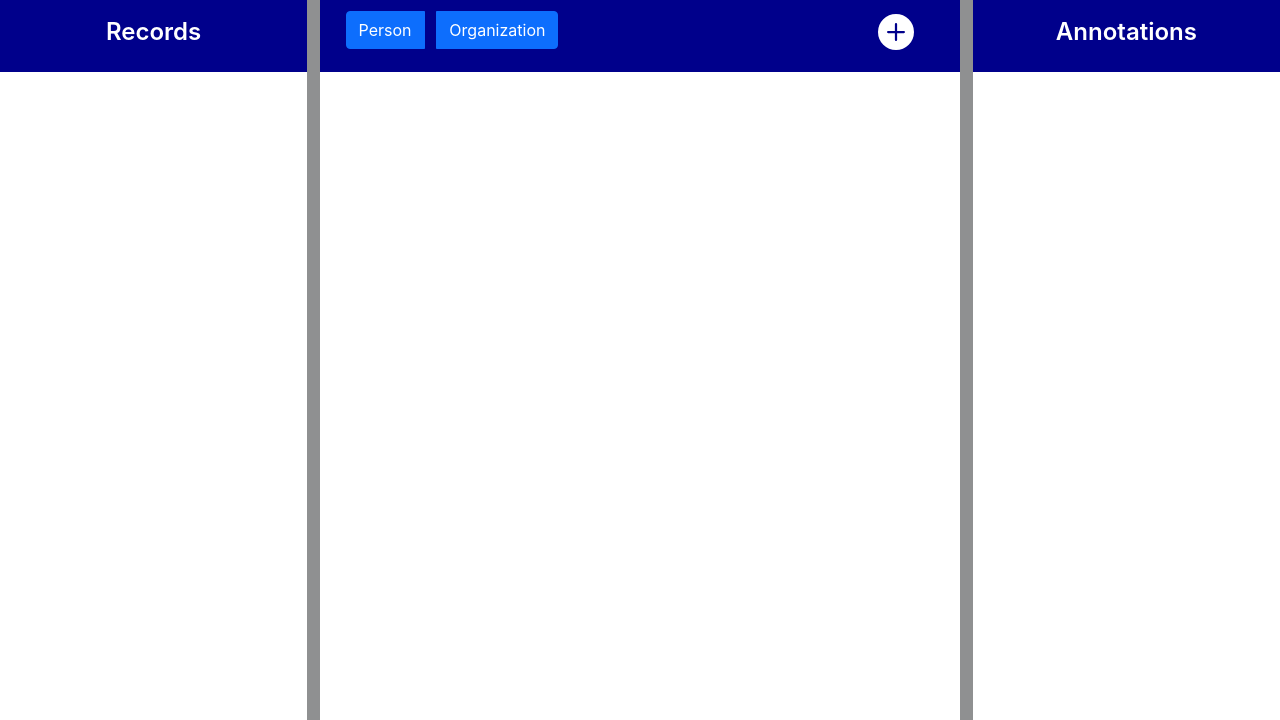
Repository: napan24/classforma_assignment
Page: / (app in client/)
An editor plug-in stored every save of this project. The page is shown before and after the next save, followed by the edit.
The browser window is 1280 px wide. The pictures show the whole page.
The project was rebuilt for these pictures with package versions that can differ from the ones it lists, and the page was loaded fresh each time. Also part of the build but not shown: client/src/App.css.

Above is the page before, as saved 2022-07-20 14:39:13.

After the next save:
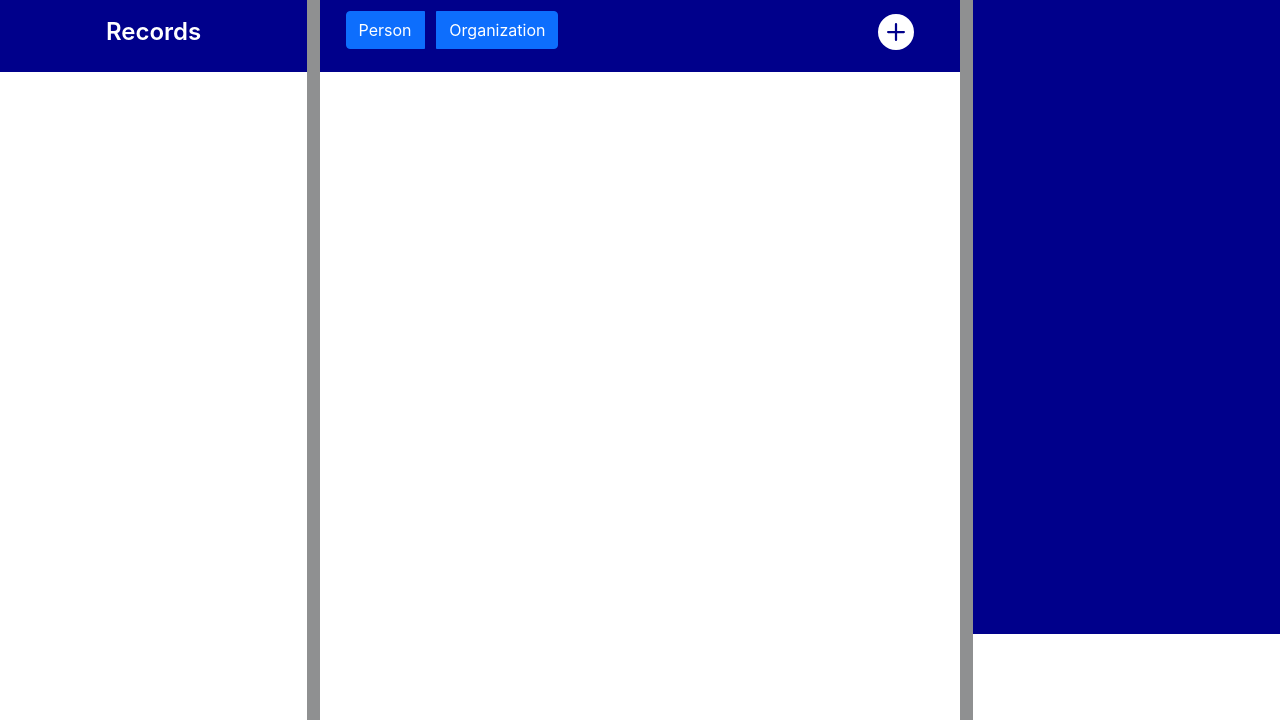
Saved 31 s later.
--- a/client/src/Home.js
+++ b/client/src/Home.js
@@ -82,7 +82,7 @@ const Home = () => {
                             Annotations
                         </p>
                     </div>
-                    <div>
+                    <div style={{ width: "24vw", height: "88vh", backgroundColor: "#00008b", textAlign: 'center', fontSize: '150%', color: "white", fontWeight: "600", position: "fixed" }}>
 
                     </div>
                 </div>
